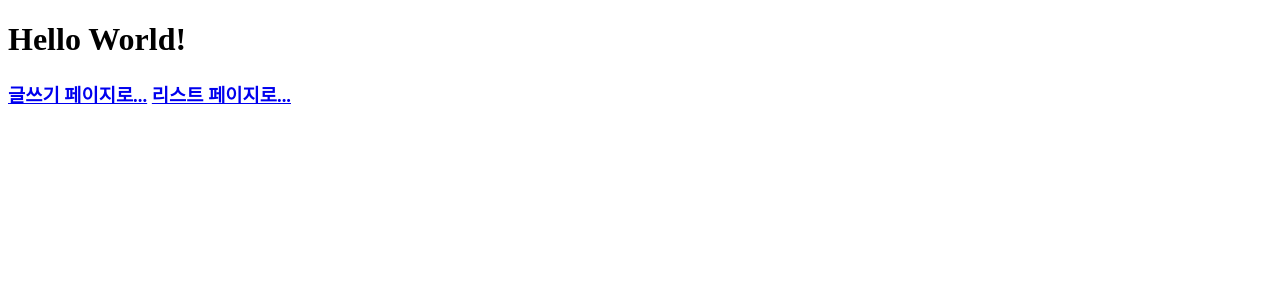
Repository: HaeunOh/study
Page: http://localhost/jsp_study/index.jsp
An editor plug-in stored every save of this project. The page is shown before and after the next save, followed by the edit.
The browser window is 1280 px wide. The pictures show the whole page.
The page is served by Tomcat 9. Other server files are loaded and not shown.

Above is the page before, as saved 2024-04-12 05:49:16.

### _jsp_workspace/jsp_study/src/main/webapp/index.jsp
<%@ page language="java" contentType="text/html; charset=UTF-8"
    pageEncoding="UTF-8"%>
<!DOCTYPE html>
<html>
<head>
<meta charset="UTF-8">
<title>Insert title here</title>
</head>
<body>
	<h1>Hello World!</h1>
	<h3>
		<a href="/brd/register">글쓰기 페이지로...</a>
		<a href="/brd/list">리스트 페이지로...</a>
	</h3>
</body>
</html>

After the next save:
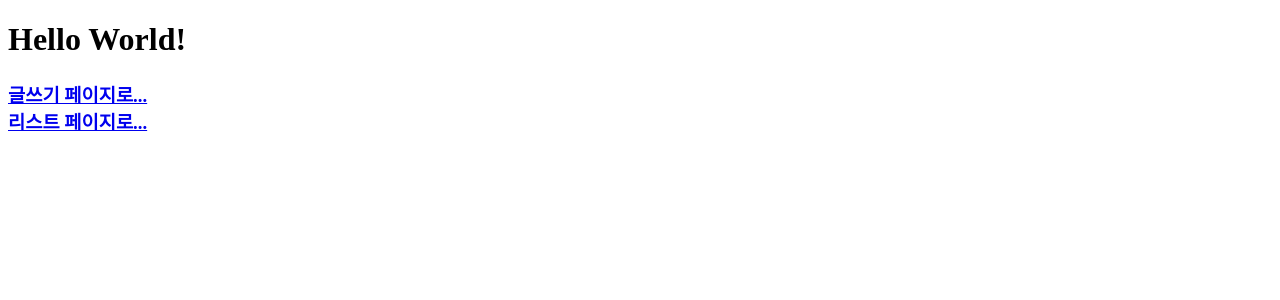
Saved 24 s later.
--- a/_jsp_workspace/jsp_study/src/main/webapp/index.jsp
+++ b/_jsp_workspace/jsp_study/src/main/webapp/index.jsp
@@ -9,7 +9,7 @@
 <body>
 	<h1>Hello World!</h1>
 	<h3>
-		<a href="/brd/register">글쓰기 페이지로...</a>
+		<a href="/brd/register">글쓰기 페이지로...</a> <br>
 		<a href="/brd/list">리스트 페이지로...</a>
 	</h3>
 </body>
